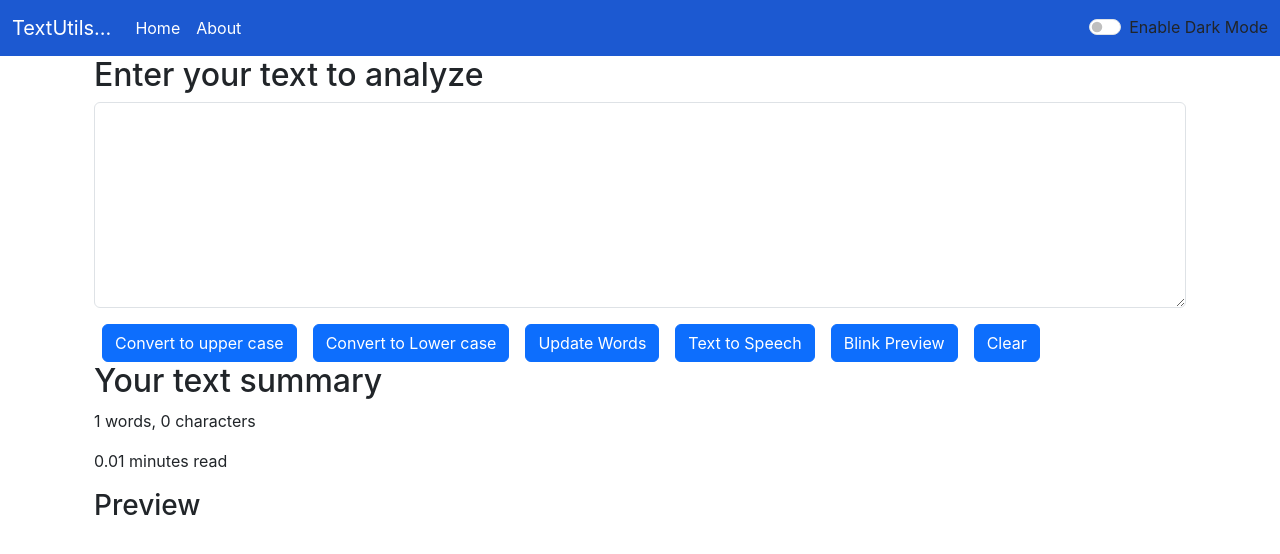
Repository: SujanNagaju/react-demo
Page: /
An editor plug-in stored every save of this project. The page is shown before and after the next save, followed by the edit.
The browser window is 1280 px wide. The pictures show the whole page.
The project was rebuilt for these pictures with package versions that can differ from the ones it lists, and the page was loaded fresh each time.

Above is the page before, as saved 2024-12-29 16:42:48.

### public/index.html
<!DOCTYPE html>
<html lang="en">
  <head>
    <meta charset="utf-8" />
    <link rel="icon" href="%PUBLIC_URL%/favicon.ico" />
    <meta name="viewport" content="width=device-width, initial-scale=1" />
    <meta name="theme-color" content="#000000" />
    <meta
      name="description"
      content="Web site created using create-react-app"
    />
    <link rel="apple-touch-icon" href="%PUBLIC_URL%/logo192.png" />
    <!--
      manifest.json provides metadata used when your web app is installed on a
      user's mobile device or desktop. See https://developers.google.com/web/fundamentals/web-app-manifest/
    -->
    <link rel="manifest" href="%PUBLIC_URL%/manifest.json" />
    <!--
      Notice the use of %PUBLIC_URL% in the tags above.
      It will be replaced with the URL of the `public` folder during the build.
      Only files inside the `public` folder can be referenced from the HTML.

      Unlike "/favicon.ico" or "favicon.ico", "%PUBLIC_URL%/favicon.ico" will
      work correctly both with client-side routing and a non-root public URL.
      Learn how to configure a non-root public URL by running `npm run build`.
    -->
    <link href="https://cdn.jsdelivr.net/npm/bootstrap@5.3.3/dist/css/bootstrap.min.css" rel="stylesheet" integrity="sha384-QWTKZyjpPEjISv5WaRU9OFeRpok6YctnYmDr5pNlyT2bRjXh0JMhjY6hW+ALEwIH" crossorigin="anonymous">
    <title>React App</title>
  </head>
  <body>
    <noscript>You need to enable JavaScript to run this app.</noscript>
    <div id="root"></div>
    <!--
      This HTML file is a template.
      If you open it directly in the browser, you will see an empty page.

      You can add webfonts, meta tags, or analytics to this file.
      The build step will place the bundled scripts into the <body> tag.

      To begin the development, run `npm start` or `yarn start`.
      To create a production bundle, use `npm run build` or `yarn build`.
    -->
    <script src="https://cdn.jsdelivr.net/npm/bootstrap@5.3.3/dist/js/bootstrap.bundle.min.js" integrity="sha384-YvpcrYf0tY3lHB60NNkmXc5s9fDVZLESaAA55NDzOxhy9GkcIdslK1eN7N6jIeHz" crossorigin="anonymous"></script>

  </body>
</html>

### src/App.js
// logo from './logo.svg';
import './App.css';
// import About from './components/About';
import Navbar from './components/Navbar';
import TextForm from './components/TextForm';
import React, {useState} from 'react';

function App() {

  const [mode, setMode] = useState("dark");
  const toggleMode = ()=> {
    if( mode === 'dark' ) {
      setMode( 'light' );
    } else {
      setMode( 'dark' );
    }
  }
  return (
    <>

      {/* <Navbar title="TextUtils..." aboutText="About"/> */}
      <Navbar title="TextUtils..." aboutText="About" mode={mode} toggleMode={toggleMode}/>
      <div className="container">
        <TextForm heading="Enter your text to analyze"/>
        {/* <About title="About us"/> */}
      </div>
    </>
  );
}

export default App;

### src/App.css
.App {
  text-align: center;
}

.App-logo {
  height: 40vmin;
  pointer-events: none;
}

@media (prefers-reduced-motion: no-preference) {
  .App-logo {
    animation: App-logo-spin infinite 20s linear;
  }
}

.App-header {
  background-color: #282c34;
  min-height: 100vh;
  display: flex;
  flex-direction: column;
  align-items: center;
  justify-content: center;
  font-size: calc(10px + 2vmin);
  color: white;
}

.App-link {
  color: #61dafb;
}

@keyframes App-logo-spin {
  from {
    transform: rotate(0deg);
  }
  to {
    transform: rotate(360deg);
  }
}

nav.bg-dark {
  background-color: #1c59d1 !important;
  color: #ffffff;
}

nav.bg-dark .navbar-nav .nav-link {
  color: #ffffff !important;
}

nav.bg-dark .navbar-brand{
  color: #ffffff;
}

### src/components/Navbar.js
import React from 'react'
import PropTypes from 'prop-types';


// export default function Navbar({title="TextUtils", aboutText="About"}) {
export default function Navbar(props) {
  return (
    <nav className={`navbar navbar-expand-lg bg-body-secondary bg-${props.mode}`}>
        <div className="container-fluid">
            <a className="navbar-brand" href="/">{props.title}</a>
            <button className="navbar-toggler" type="button" data-bs-toggle="collapse" data-bs-target="#navbarSupportedContent" aria-controls="navbarSupportedContent" aria-expanded="false" aria-label="Toggle navigation">
            <span className="navbar-toggler-icon"></span>
            </button>
            <div className="collapse navbar-collapse" id="navbarSupportedContent">
            <ul className="navbar-nav me-auto mb-2 mb-lg-0">
                <li className="nav-item">
                <a className="nav-link active" aria-current="page" href="/">Home</a>
                </li>
                <li className="nav-item">
                <a className="nav-link" href="/">{props.aboutText}</a>
                </li>

            </ul>
            {/* <form className="d-flex" role="search">
                <input className="form-control me-2" type="search" placeholder="Search" aria-label="Search"/>
                <button className="btn btn-outline-success" type="submit">Search</button>
            </form> */}
            <div className={`form-check form-switch text-${props.mode}`}>
                <input className="form-check-input" onClick={props.toggleMode} type="checkbox" role="switch" id="flexSwitchCheckDefault"/>
                <label className="form-check-label" htmlFor="flexSwitchCheckDefault">Enable Dark Mode</label>
            </div>
            </div>
        </div>
    </nav>
  )
}


Navbar.propTypes = {
    title: PropTypes.string.isRequired,
    aboutText: PropTypes.string.isRequired
}

### src/components/TextForm.js
import React, {useState} from 'react';

export default function TextForm(props) {
  const handleUpClick = ()=> {
    // console.log( "Uppercase was clicked" );
    let newText = text.toUpperCase();
    setText( newText );
  }

  const handleLowerClick = ()=> {
    // console.log( "Uppercase was clicked" );
    let newText = text.toLowerCase();
    setText( newText );
  }

  const handleUpdateWordsClick = () => {
    // console.log("Uppercase was clicked");
    let newText = text.replace(/chamatkar/gi, "balatkar");
    setText(newText);
  };

  const handleClearClick = () => {
    // console.log("Uppercase was clicked");
    let newText = "";
    setText(newText);
  };

  const handleOnChange = (event)=> {
    // console.log( "handle text change" );
    setText(event.target.value);
  }

  const handleTextToSpeechClick =() =>{
    const Speech = new SpeechSynthesisUtterance();
    const message= document.getElementById("textBox").value;
    Speech.lang='eng';
    Speech.text= message;
    window.speechSynthesis.speak(Speech);
  }

  const handleBlinkPreviewClick =() =>{
    const element= document.getElementById("blinkPreview");
    let blinkCount = 0; // Counter for the number of blinks
    const maxBlinks = 5; // Total number of blinks (on + off = 1 blink)

    const interval = setInterval(() => {
      // Toggle visibility
      element.style.display = element.style.display === 'none' ? 'block' : 'none';
      element.style.color = 'red';

      // Increment blink count only when the element is hidden
      if (element.style.display === 'none') {
        blinkCount++;
      }

      // Stop blinking after the desired number of blinks
      if (blinkCount === maxBlinks) {
        clearInterval(interval);
        element.style.display = 'block'; // Ensure the element remains visible
        element.style.color = 'black';
      }
    }, 200); // Blink interval (500ms = half a second)
  }

  const [text, setText] = useState("");
  return (
    <>
      <div className="container">
        <h2>{props.heading}</h2>
          <div className="mb-3">
              <textarea className="form-control" id="textBox" onChange={handleOnChange} value={text} rows="8"></textarea>
          </div>
          <button className="btn btn-primary mx-2" onClick={handleUpClick}>Convert to upper case</button>
          <button className="btn btn-primary mx-2" onClick={handleLowerClick}>Convert to Lower case</button>
          <button className="btn btn-primary mx-2" onClick={handleUpdateWordsClick}>Update Words</button>
          <button className="btn btn-primary mx-2" onClick={handleTextToSpeechClick}>Text to Speech</button>
          <button className="btn btn-primary mx-2" onClick={handleBlinkPreviewClick}>Blink Preview</button>
          <button className="btn btn-primary mx-2" onClick={handleClearClick}>Clear</button>
      </div>

      <div className="container">
        <h2>Your text summary</h2>
        <p>{text.split(" ").length} words, {text.length} characters</p>
        <p>{(0.008 * text.split(" ").length).toFixed(2)} minutes read</p>
        <h3>Preview</h3>
        <p id="blinkPreview">{text}</p>
      </div>
    </>
  )
}

Loaded but not shown: src/index.js (common file); src/index.css (common file); src/reportWebVitals.js (common file)

After the next save:
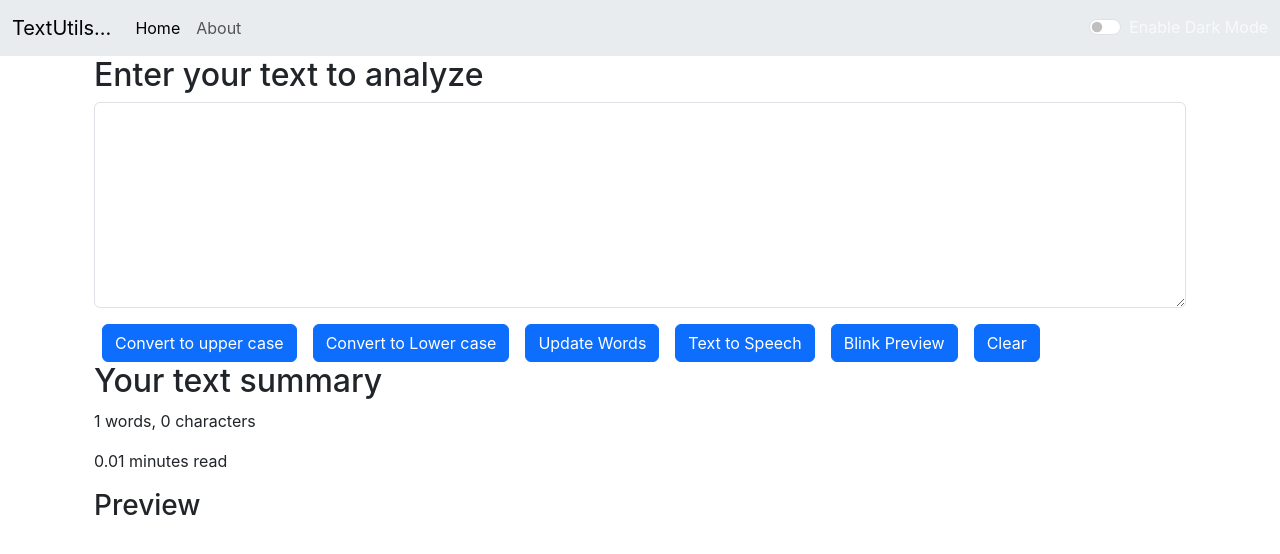
Saved 28 s later.
--- a/src/App.js
+++ b/src/App.js
@@ -7,10 +7,11 @@ import React, {useState} from 'react';
 
 function App() {
 
-  const [mode, setMode] = useState("dark");
+  const [mode, setMode] = useState("light");
   const toggleMode = ()=> {
     if( mode === 'dark' ) {
       setMode( 'light' );
+      doc
     } else {
       setMode( 'dark' );
     }
